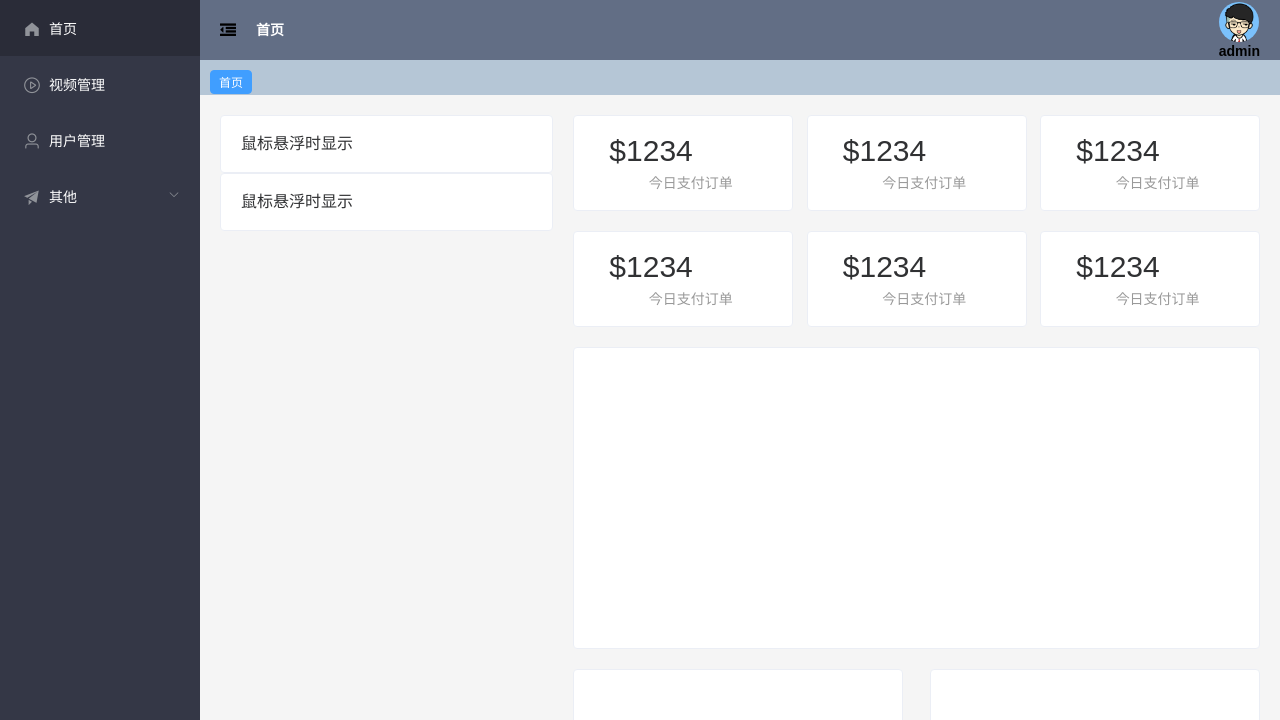
Repository: coWhy/vue-manage
Page: /
The author's editor kept a copy of each file at every save. The page is drawn from the files as they stood at one save, then again after the next save.
The browser window is 1280 px wide. The pictures show the whole page.
An inner scrolling area shows only its first screen. The project was rebuilt for these pictures with package versions that can differ from the ones it lists, and the page was loaded fresh each time. Also part of the build but not shown: vue.config.js.

Above is the page before, as saved 2020-04-13 22:52:37.

After the next save:
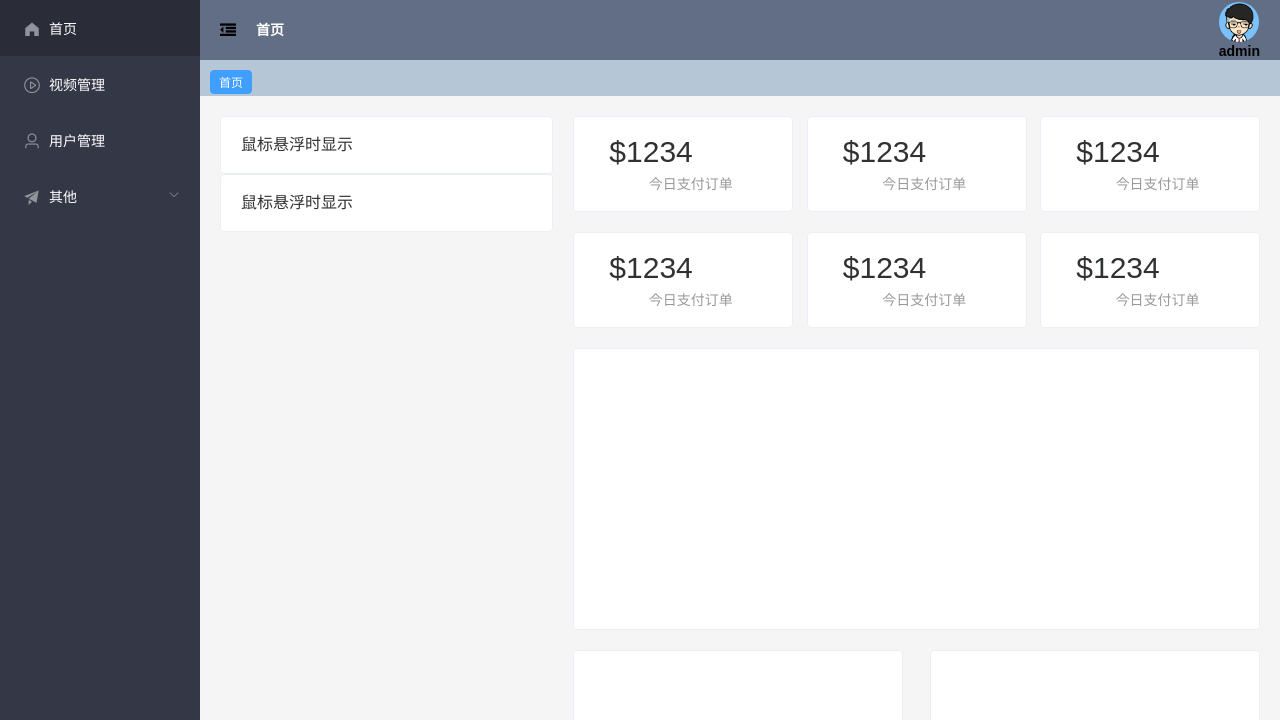
Saved 30 s later.
--- a/src/views/home/index.vue
+++ b/src/views/home/index.vue
@@ -26,14 +26,14 @@
       <!-- 底部 -->
       <el-card shadow="hover">
         <!-- 图表 -->
-        <div style="height:260px"></div>
+        <div style="height:240px"></div>
       </el-card>
       <div class="graph">
         <el-card shadow="hover">
-          <div style="height:260px"></div>
+          <div style="height:220px"></div>
         </el-card>
         <el-card shadow="hover">
-          <div style="height:260px"></div>
+          <div style="height:220px"></div>
         </el-card>
       </div>
     </el-col>
